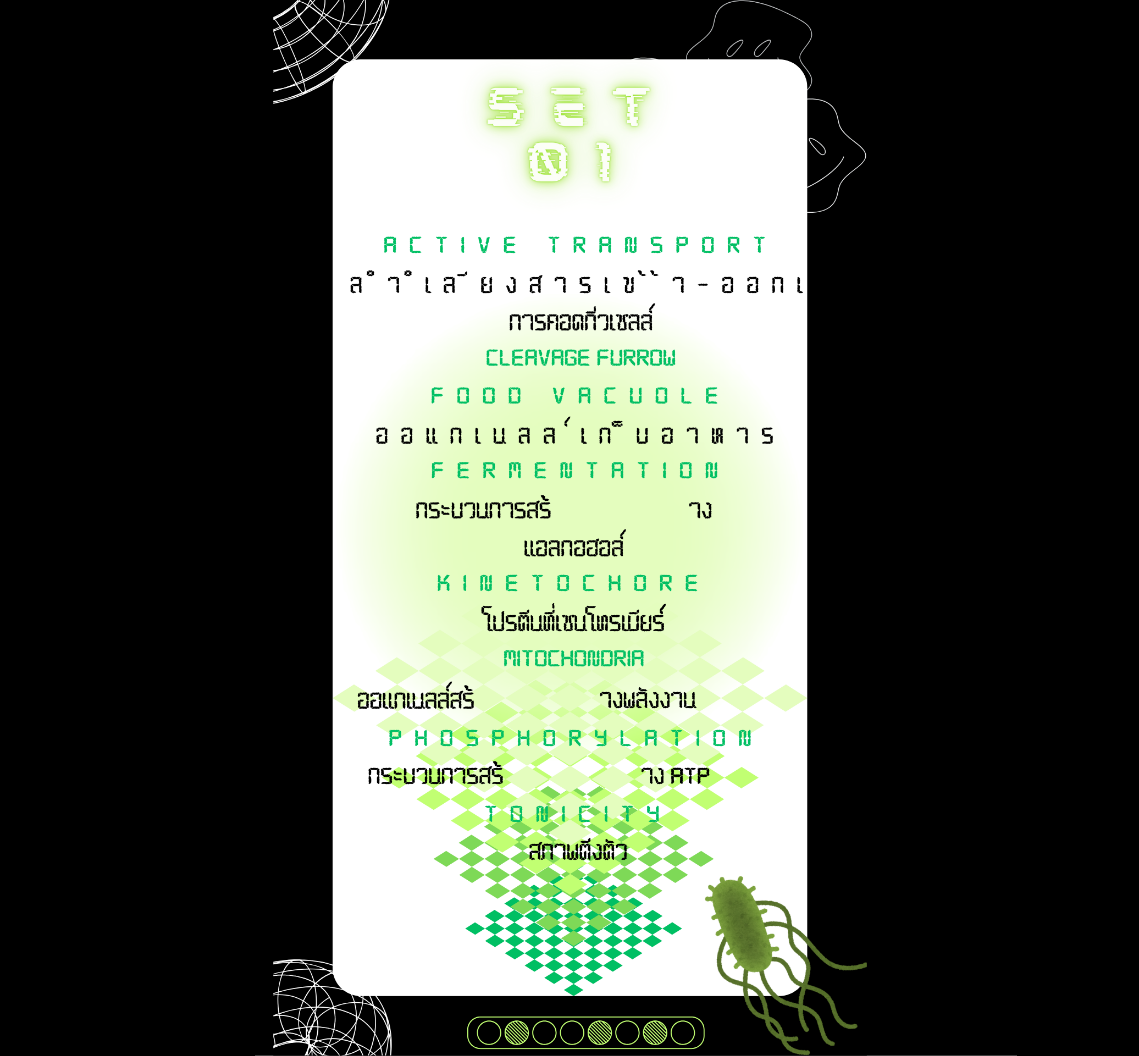
Repository: oxniw/bio-vocab
Page: /
The author's editor kept a copy of each file at every save. The page is drawn from the files as they stood at one save, then again after the next save.
The browser window is 1280 px wide. The pictures show the whole page, at 89% of full size.
The project was rebuilt for these pictures with package versions that can differ from the ones it lists, and the page was loaded fresh each time. The framework's server and built-in components were replaced by stand-ins that run in the browser. Also part of the build but not shown: next.config.ts.

Above is the page before, as saved 2025-03-31 18:26:31.

After the next save:
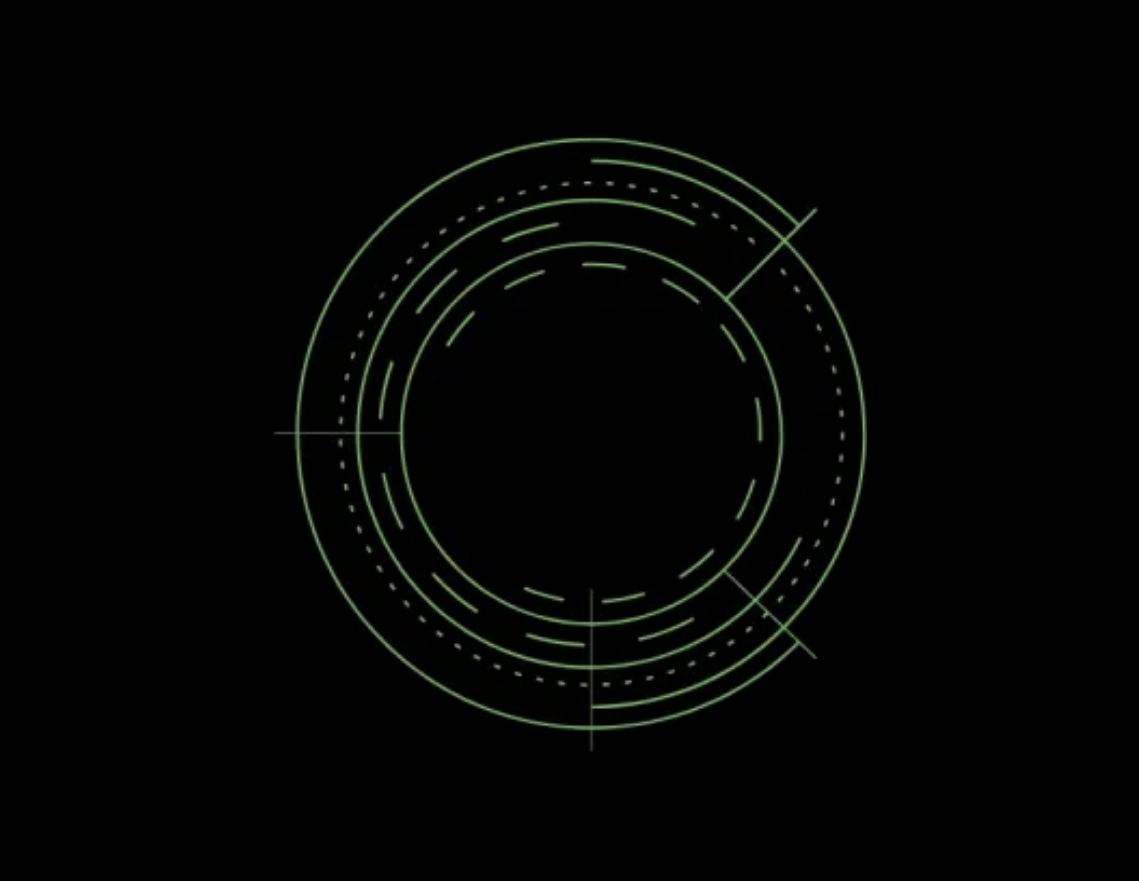
Saved 54 s later.
--- a/src/app/page.jsx
+++ b/src/app/page.jsx
@@ -6,7 +6,7 @@
       <div className="w-full h-full justify-center items-center flex">
           <Image
             className="dark:invert"
-            src="/pages/1.png"
+            src="/com/cy4d.png"
             alt="Next.js logo"
             width={667}
             height={755}
